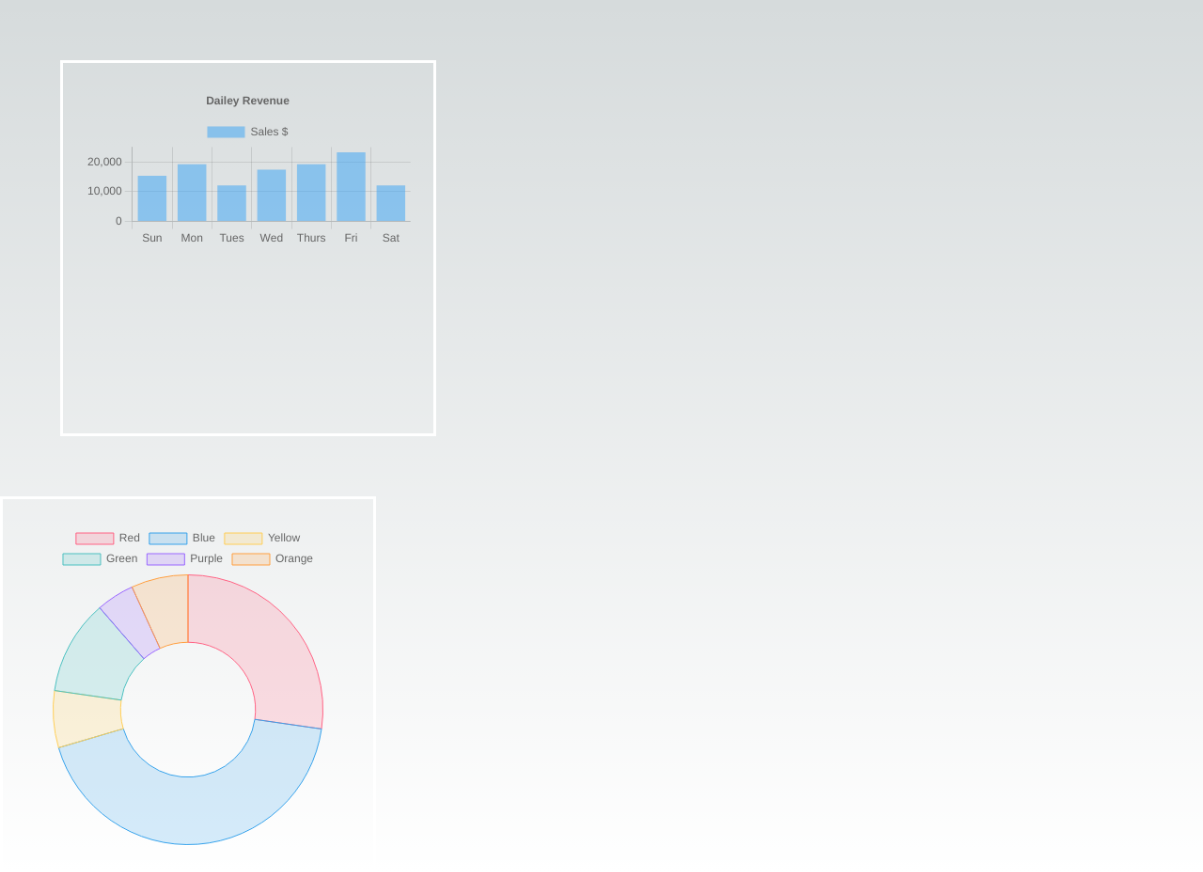
Repository: sierralaurent/MDIA2109-Class12
Page: /
An editor plug-in stored every save of this project. The page is shown before and after the next save, followed by the edit.
The browser window is 1280 px wide. The pictures show the whole page, at 94% of full size.
The project was rebuilt for these pictures with package versions that can differ from the ones it lists, and the page was loaded fresh each time. The framework's server and built-in components were replaced by stand-ins that run in the browser. Also part of the build but not shown: next.config.js.

Above is the page before, as saved 2023-03-24 09:44:55.

After the next save:
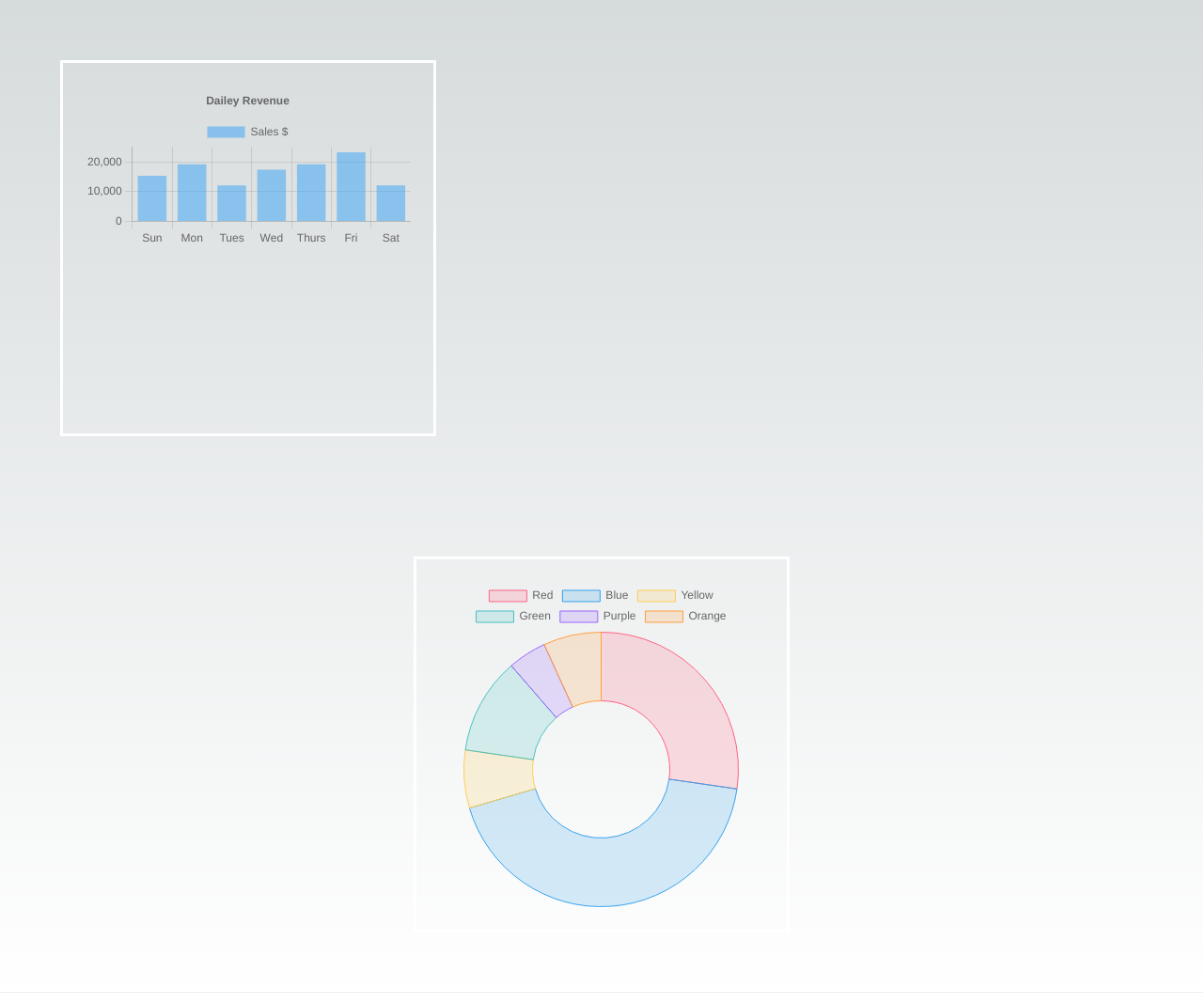
Saved 31 s later.
--- a/styles/Home.module.css
+++ b/styles/Home.module.css
@@ -3,3 +3,9 @@
   justify-content: left;
   padding: 5%;
 }
+
+.doughnut {
+  display: flex;
+  justify-content: center;
+  padding: 5%;
+}
